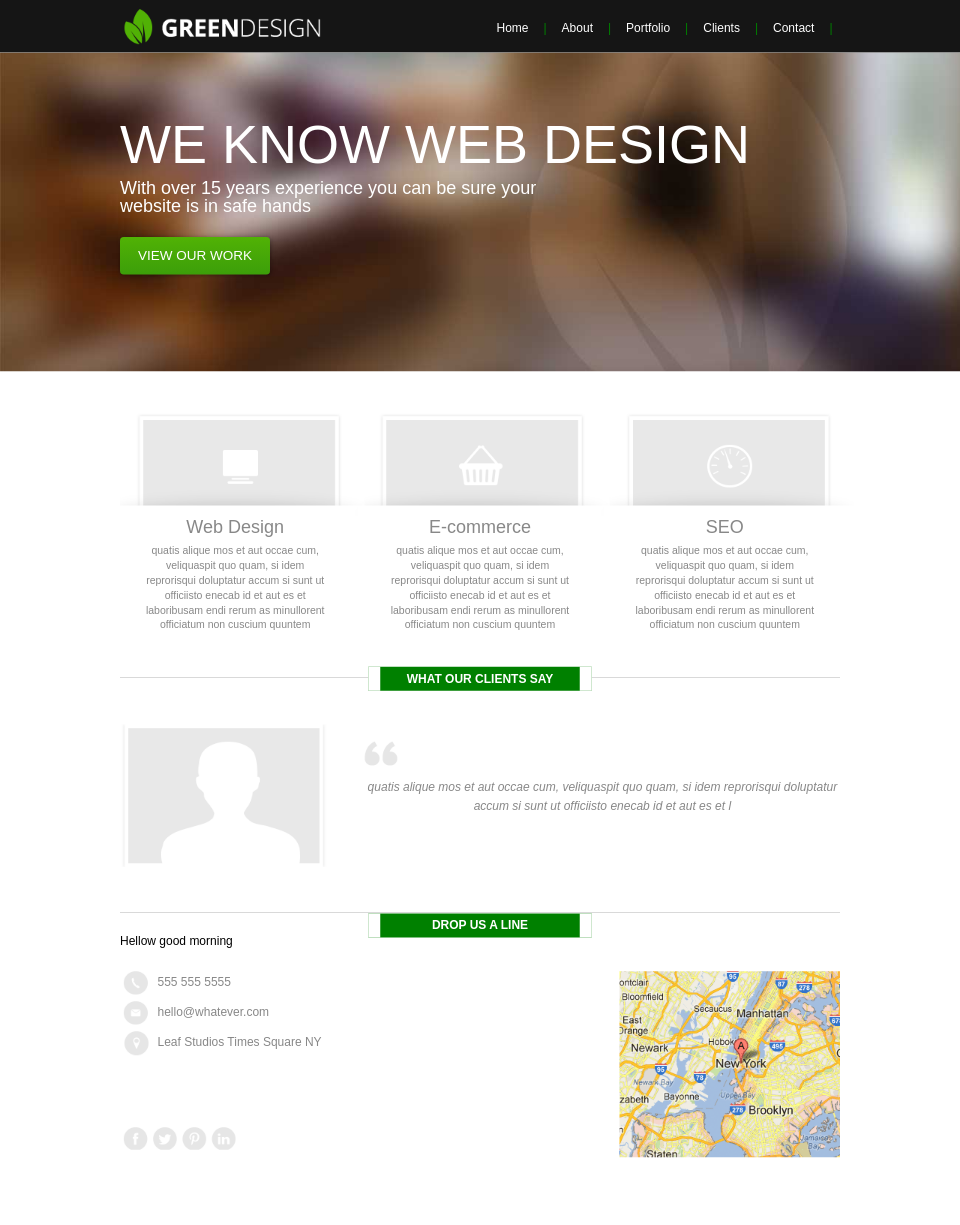
Repository: prathmeshgodbole/Javascript
Page: Basics/Jquery/index.html
The author's editor kept a copy of each file at every save. The page is drawn from the files as they stood at one save, then again after a run of saves.
The browser window is 1280 px wide. The pictures show the whole page, at 75% of full size.

Above is the page before, as saved 2020-08-07 15:46:04.

After the next 2 saves:
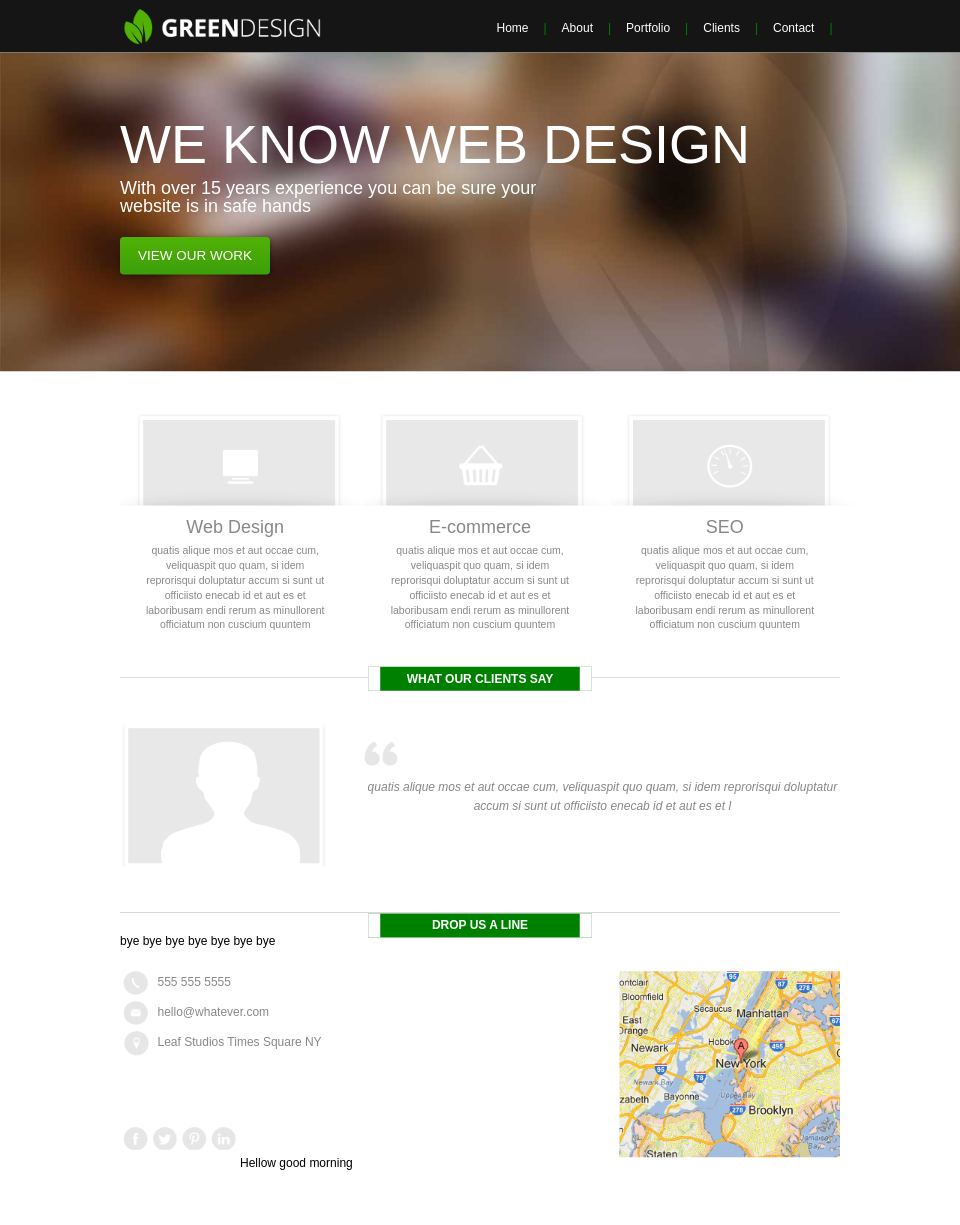
The 2 saves are shown as one change because they came seconds apart.
The last was saved 8 s later.
--- a/Basics/Jquery/scripts/adding-content.js
+++ b/Basics/Jquery/scripts/adding-content.js
@@ -1,9 +1,9 @@
  var paragraph = "<div>Hellow good morning</div>";
  var para = "<div>bye bye bye bye bye bye bye</div>";
  //append()
- //$("#contact").append(paragraph);
+ $("#contact").append(paragraph);
  //  //prepend()
- $("#contact").prepend(paragraph);
+ $("#contact").prepend(para);
  //  //before()
  //  $("#contact div").before(para);
  //  //after()
